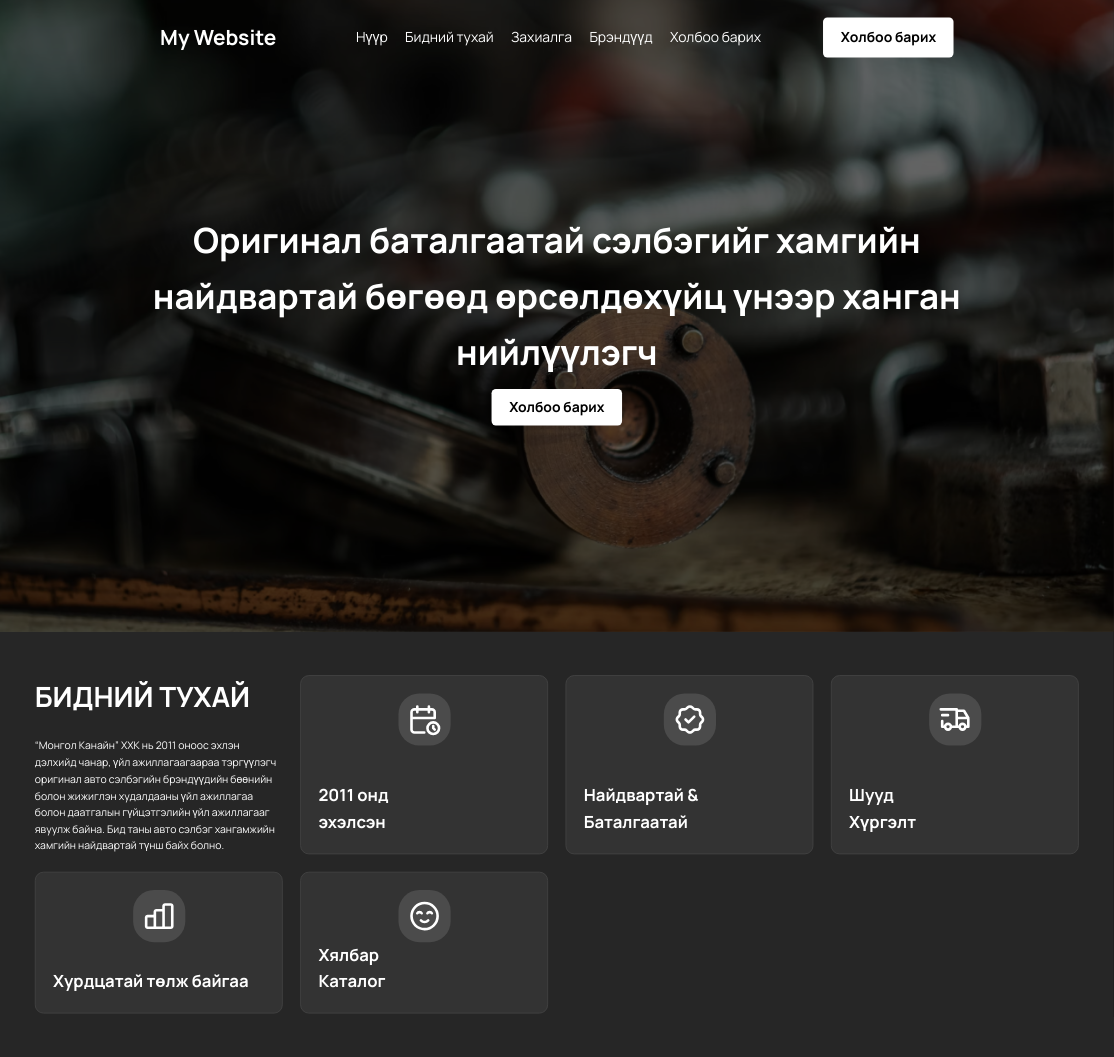
Repository: temuujinnn/mongol_kanain
Page: index.html
An editor plug-in stored every save of this project. The page is shown before and after the next save, followed by the edit.
The browser window is 1280 px wide. The pictures show the whole page, at 87% of full size.

Above is the page before, as saved 2024-08-22 17:55:27.

After the next save:
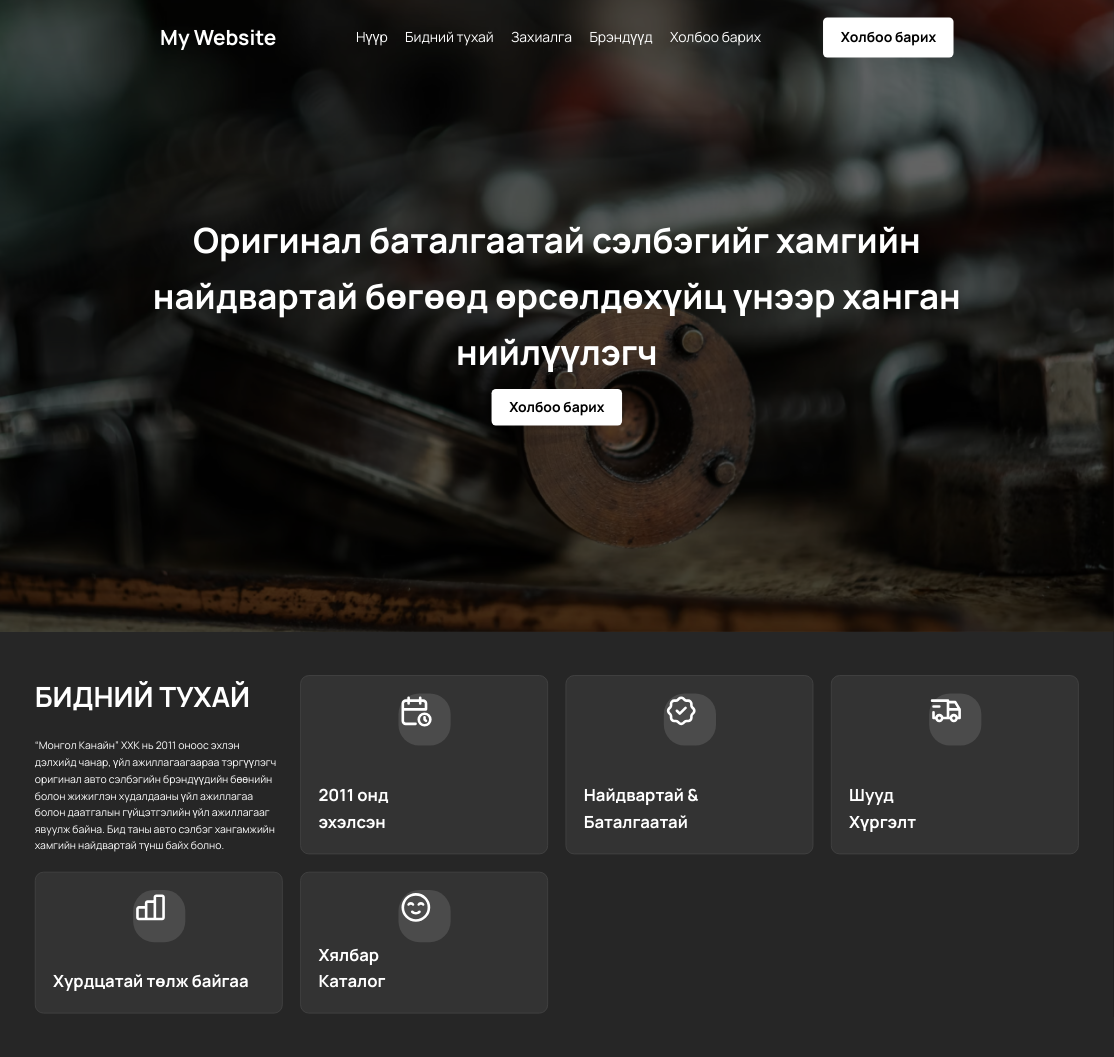
Saved 19 s later.
--- a/style.css
+++ b/style.css
@@ -167,9 +167,7 @@
 }
 
 .icon {
-    align-items: start;
-    align-self: flex-start;
-    display: flex;
+
     justify-content: center;
     align-items: center;
     background-color: #4b4b4b;

After the save that followed:
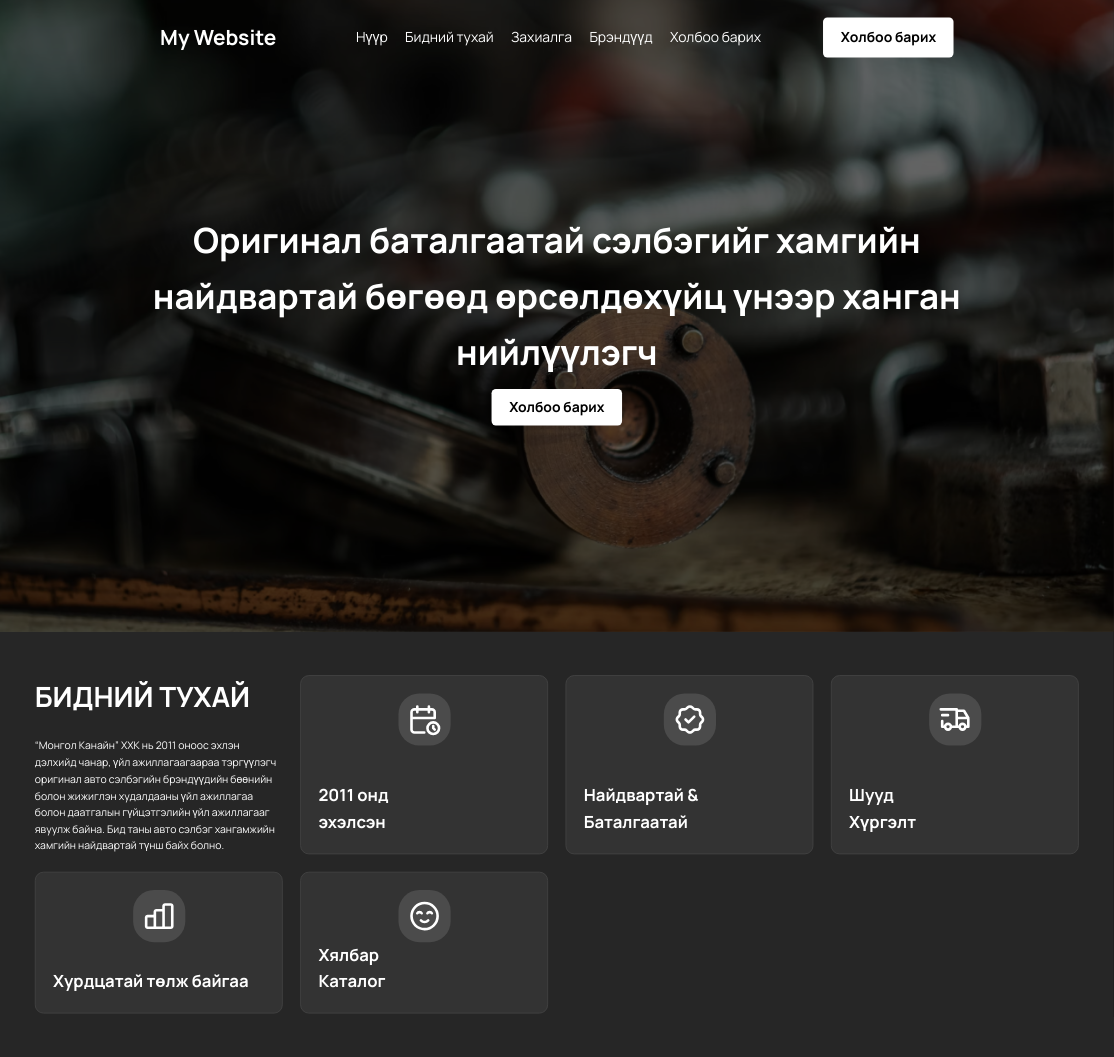
Saved 8 s later.
--- a/style.css
+++ b/style.css
@@ -168,6 +168,7 @@
 
 .icon {
 
+    display: flex;
     justify-content: center;
     align-items: center;
     background-color: #4b4b4b;
